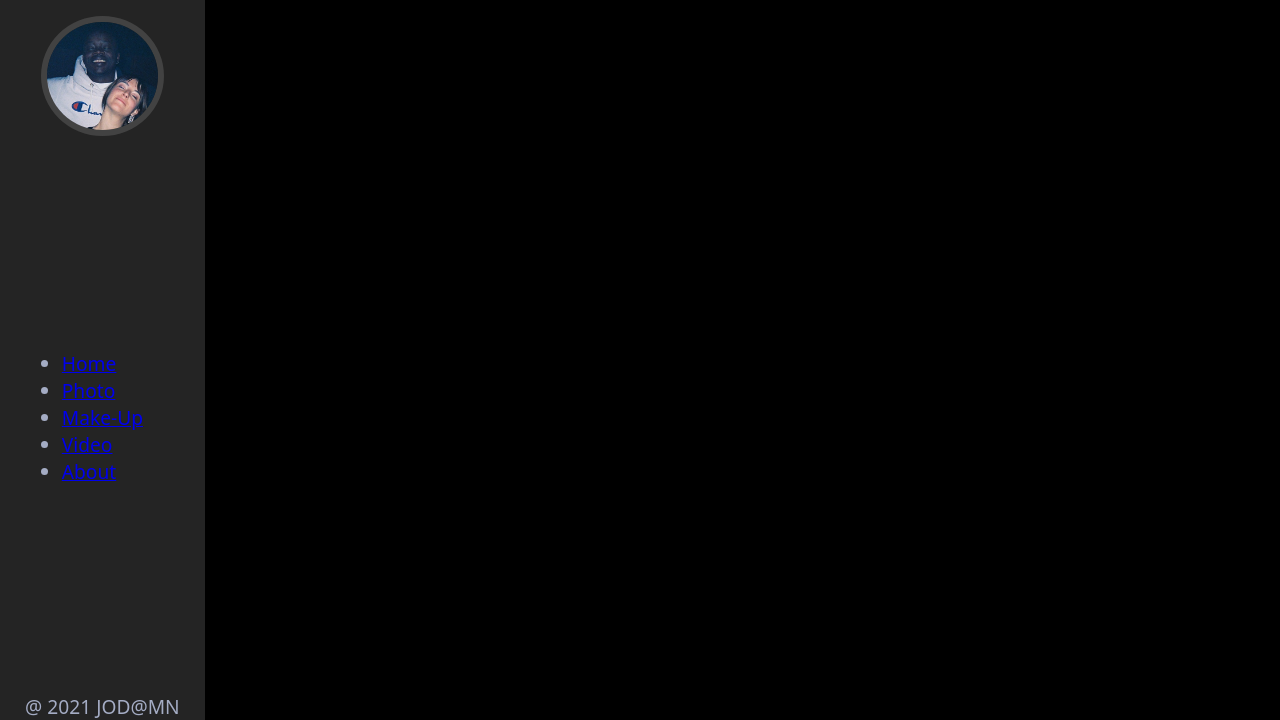
Repository: JordanKnuts/siriusRed
Page: /
The author's editor kept a copy of each file at every save. The page is drawn from the files as they stood at one save, then again after the next save.
The browser window is 1280 px wide. The pictures show the whole page.
The project was rebuilt for these pictures with package versions that can differ from the ones it lists, and the page was loaded fresh each time.

Above is the page before, as saved 2021-04-27 14:44:20.

After the next save:
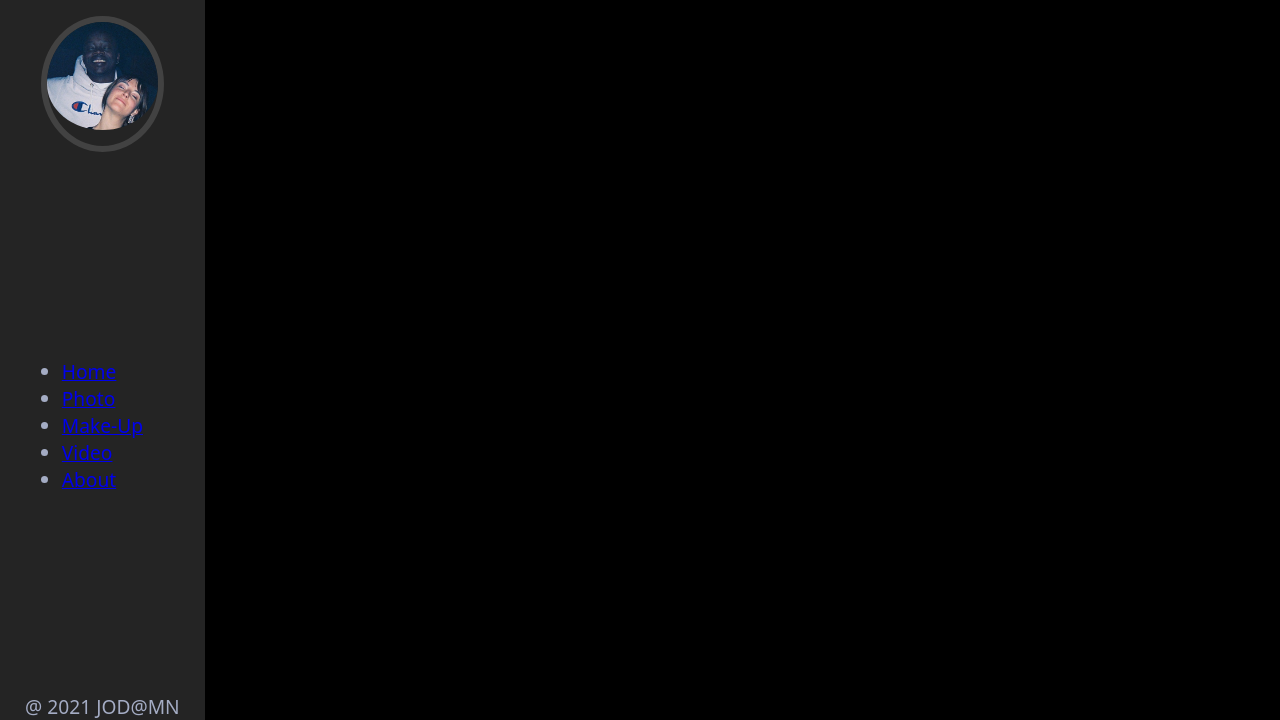
Saved 19 s later.
--- a/src/Styles/_navBar.scss
+++ b/src/Styles/_navBar.scss
@@ -15,7 +15,8 @@
             img{
                 width: 60%;
                 border-radius: 100%;
-                border : 6px solid rgb(66, 66, 66)
+                border : 6px solid rgb(66, 66, 66);
+                padding-bottom: 1rem;
             }
         }
     }
